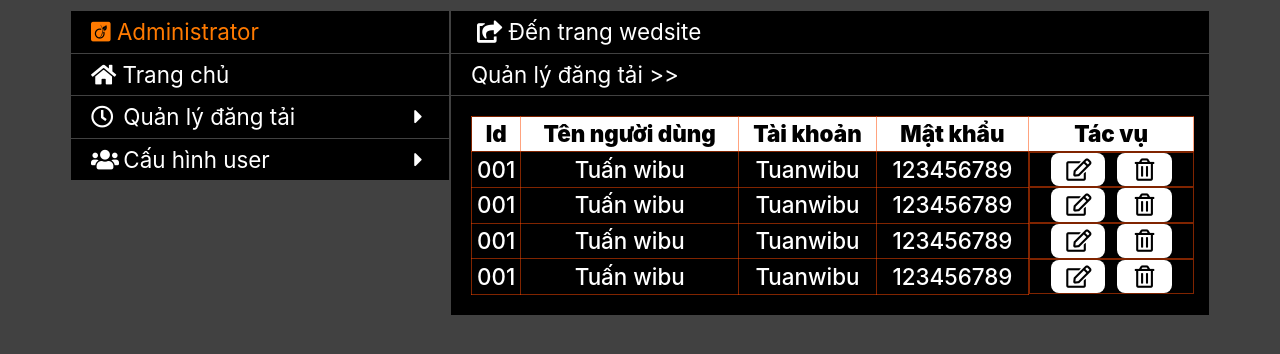
Repository: SonNguyen892002/Lau-Dai-Code
Page: http://localhost/wed-jdbc-1-2023/views/admin/qluser.jsp
These files come from the project's save history. The page is drawn as it stood at one moment and after the next save; the edit follows.
The browser window is 1280 px wide. The pictures show the whole page.
The page is served by Tomcat 9. Nobody is signed in. The application's start-up code is not run.

Above is the page before, as saved 2022-01-15 10:18:37.

After the next save:
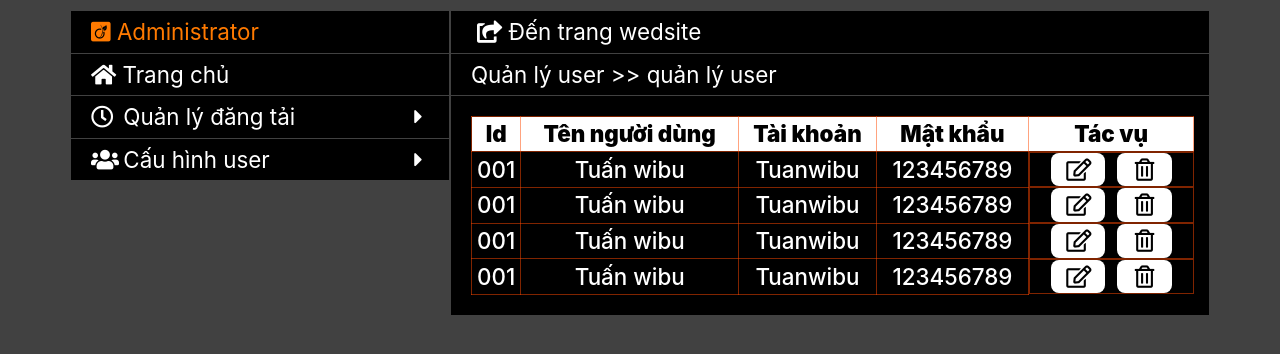
Saved 70 s later.
--- a/workspace/wed-jdbc-1-2023/src/main/webapp/views/admin/qluser.jsp
+++ b/workspace/wed-jdbc-1-2023/src/main/webapp/views/admin/qluser.jsp
@@ -58,4 +58,9 @@
 
 </table>
 
+<script>
+	const btnA = document.querySelector('.t');
+	btnA.innerHTML = "Quản lý user >> quản lý user";
+</script>
+
 <%@ include file="footer.jsp"%>
